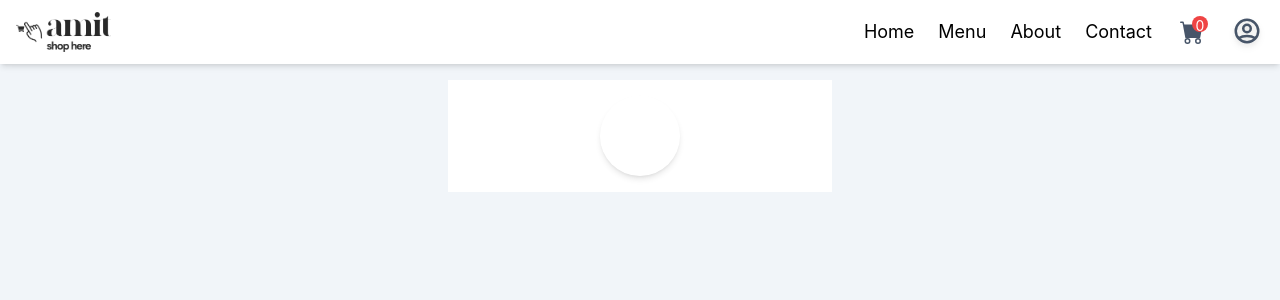
Repository: Lehuyhuynh/Web_ban_hoa_qua
Page: /signup (app in frontend/)
An editor plug-in stored every save of this project. The page is shown before and after the next save, followed by the edit.
The browser window is 1280 px wide. The pictures show the whole page.
The project was rebuilt for these pictures with package versions that can differ from the ones it lists, and the page was loaded fresh each time. Also part of the build but not shown: frontend/src/page/Home.js, frontend/src/page/Menu.js, frontend/src/page/About.js, frontend/src/page/Contact.js, frontend/src/page/login.js, frontend/src/page/Newproduct.js.

Above is the page before, as saved 2024-01-02 15:33:34.

After the next save:
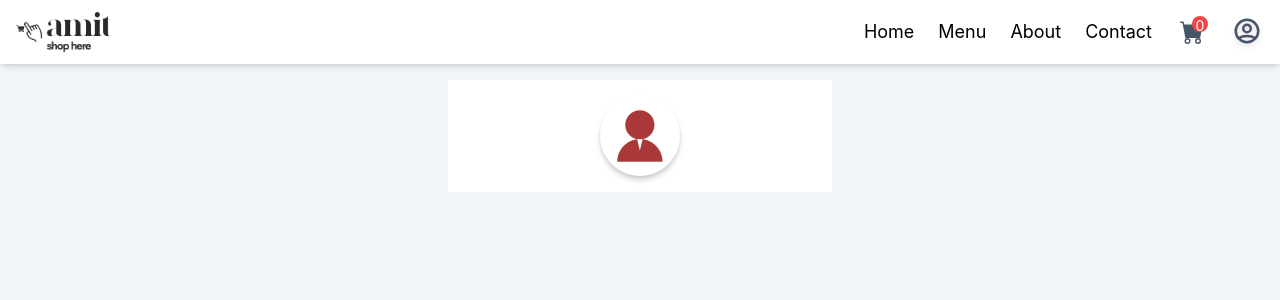
Saved 25 s later.
--- a/frontend/src/page/Signup.js
+++ b/frontend/src/page/Signup.js
@@ -8,7 +8,7 @@
         {/* <h1 className="text-center text-2xl font-bold">Sign up</h1> */}
 
         <div className="w-20 h-20 overflow-hidden rounded-full drop-shadow-md shadow-md m-auto relative ">
-          <img src="" alt="" />
+          <img src={loginSignupImage} alt="" />
         </div>
       </div>
     </div>
